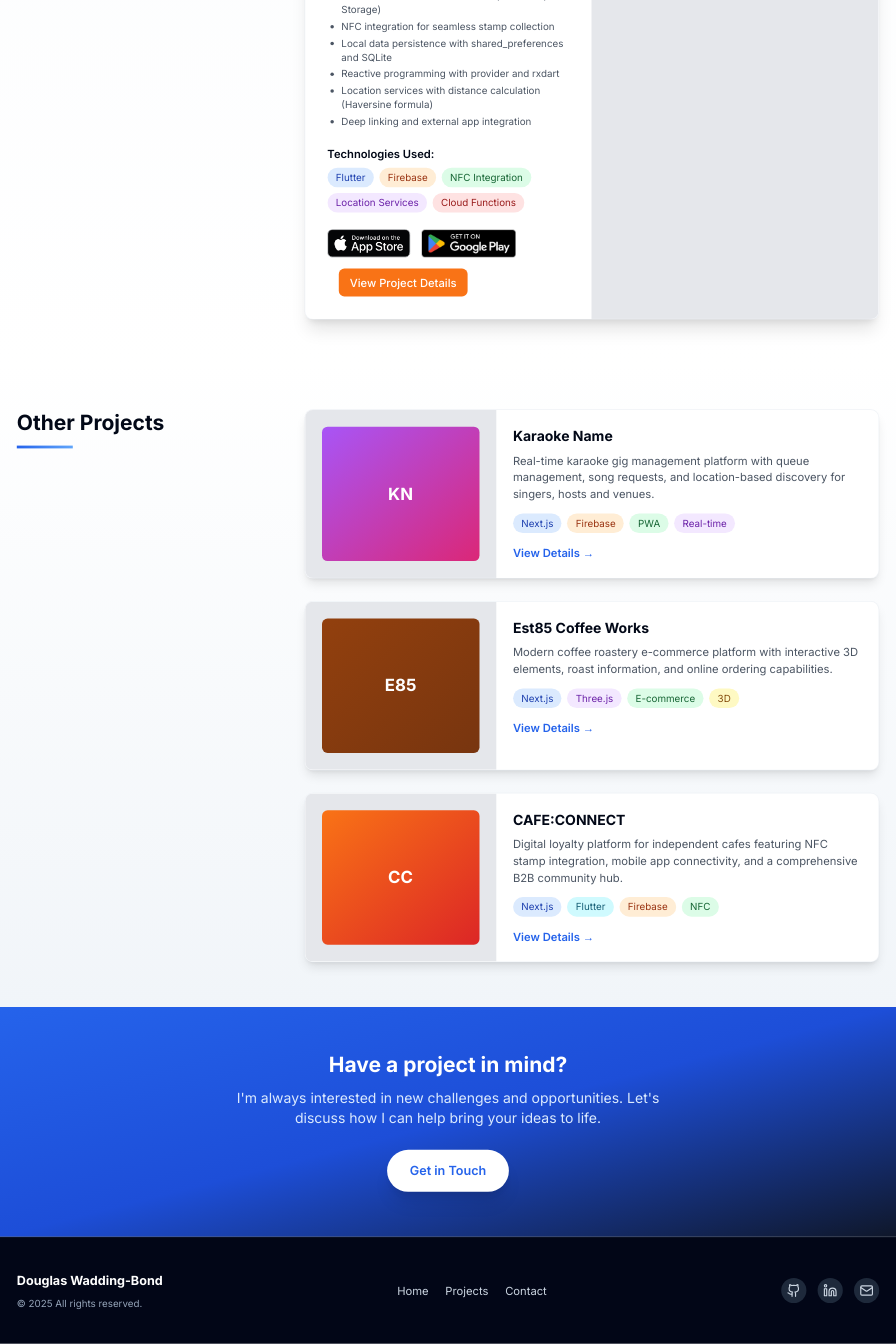
Repository: DaLexisX/WaddingBondWebsite
Page: /projects
These files come from the project's save history. The page is drawn as it stood at one moment and after a run of saves; the edit follows.
The browser window is 1280 px wide. The pictures show the part of the page from y = 1481 to 3401 px (the page is 3401 px tall before and 3377 px after), at 70% of full size.
The project was rebuilt for these pictures with package versions that can differ from the ones it lists, and the page was loaded fresh each time. The framework's server and built-in components were replaced by stand-ins that run in the browser. Also part of the build but not shown: next.config.ts.

Above is the page before, as saved 2025-11-30 23:45:10.

### src/app/layout.tsx
import type { Metadata } from "next";
import { Inter } from "next/font/google";
import "./globals.css";
import { Navbar } from "@/components/Navbar";
import { Footer } from "@/components/Footer";
import { Toaster } from "@/components/ui/toaster";

const inter = Inter({ subsets: ["latin"] });

export const metadata: Metadata = {
  title: "Douglas Wadding-Bond | Senior Flutter & Mobile Developer",
  description: "Personal website of Douglas Wadding-Bond, showcasing skills, projects, and professional experience in Flutter and mobile development.",
};

export default function RootLayout({
  children,
}: Readonly<{
  children: React.ReactNode;
}>) {
  return (
    <html lang="en" className="scroll-smooth">
      <body className={inter.className}>
        <Navbar />
        <main className="min-h-screen">
            {children}
        </main>
        <Footer />
        <Toaster />
      </body>
    </html>
  );
}

### src/app/projects/page.tsx
import React from 'react';

export default function Projects() {
  return (
    <div className="min-h-screen">
      {/* Projects Hero Section */}
      <section className="relative bg-gradient-to-br from-slate-900 via-blue-900 to-slate-900 text-white pt-32 pb-20 overflow-hidden">
        <div className="absolute inset-0 bg-[url('/grid.svg')] bg-center opacity-20 [mask-image:linear-gradient(180deg,white,rgba(255,255,255,0))]" />
        <div className="container mx-auto px-6 relative z-10">
          <h1 className="text-4xl md:text-5xl font-bold mb-6">My Projects</h1>
          <p className="text-xl max-w-3xl text-slate-200">
            A showcase of my development work, featuring mobile applications, web projects, and technical experiments.
          </p>
        </div>
      </section>

      {/* Featured Project - CAFE:CONNECT */}
      <section className="py-16 bg-gradient-to-b from-slate-50 to-white">
        <div className="container mx-auto px-6">
          <div className="flex flex-col md:flex-row">
            <div className="md:w-1/3 mb-8 md:mb-0">
              <h2 className="text-3xl font-bold mb-4">Featured Project</h2>
              <div className="w-20 h-1 bg-gradient-to-r from-blue-600 to-blue-400 mb-6"></div>
            </div>
            <div className="md:w-2/3">
              <div className="bg-white rounded-xl shadow-xl overflow-hidden border border-slate-200/50 hover:shadow-2xl transition-shadow duration-300">
                <div className="flex flex-col md:flex-row">
                  <div className="md:w-1/2">
                    <div className="p-8">
                      <div className="mb-4 flex justify-center">
                        <img
                          src="/images/projects/cafe-connect/cafe_connect_logo_black.png"
                          alt="CAFE:CONNECT"
                          className="h-16 w-auto dark:hidden"
                        />
                        <div className="hidden dark:block text-center">
                          <h3 className="text-2xl font-bold">CAFE:CONNECT</h3>
                        </div>
                      </div>
                      <p className="text-gray-600 mb-6">
                        A digital loyalty app connecting coffee lovers with independent cafés through a seamless rewards system.
                        The official digital loyalty app from the Independent Cafe Owners Network (ICON) helps local cafés compete with large chains by offering a unified loyalty platform.
                      </p>
                      <div className="mb-6">
                        <h4 className="font-semibold mb-2">Project Overview:</h4>
                        <p className="text-gray-600 mb-4">
                          CAFE:CONNECT is a comprehensive mobile application developed for ICON's flagship location, Iconic Coffee, and its network of independent cafés across the UK. This full-stack Flutter application enhances the café experience with paperless loyalty cards and detailed café discovery features.
                        </p>
                      </div>
                      <div className="mb-6">
                        <h4 className="font-semibold mb-2">Key Features:</h4>
                        <ul className="list-disc pl-5 space-y-1 text-gray-600">
                          <li><span className="font-medium">Digital Loyalty Program</span> - NFC-enabled stamp cards with real-time tracking and engaging animations</li>
                          <li><span className="font-medium">Location Discovery</span> - Find nearby cafés with comprehensive details (contact info, hours, social links)</li>
                          <li><span className="font-medium">User Account Management</span> - Secure authentication via email, Google Sign-In, and Sign in with Apple</li>
                          <li><span className="font-medium">Admin Features</span> - Tools for café owners to manage locations, franchises, and send notifications</li>
                          <li><span className="font-medium">Personalization</span> - Custom settings with light/dark themes and user preferences</li>
                          <li><span className="font-medium">Eco-friendly</span> - Eliminates paper punch cards, supporting sustainability efforts</li>
                        </ul>
                      </div>
                      <div className="mb-6">
                        <h4 className="font-semibold mb-2">Technical Highlights:</h4>
                        <ul className="list-disc pl-5 space-y-1 text-gray-600 text-sm">
                          <li>Cross-platform development with Flutter for iOS and Android</li>
                          <li>Firebase backend (Authentication, Firestore, Storage)</li>
                          <li>NFC integration for seamless stamp collection</li>
                          <li>Local data persistence with shared_preferences and SQLite</li>
                          <li>Reactive programming with provider and rxdart</li>
                          <li>Location services with distance calculation (Haversine formula)</li>
                          <li>Deep linking and external app integration</li>
                        </ul>
                      </div>
                      <div className="mb-6">
                        <h4 className="font-semibold mb-2">Technologies Used:</h4>
                        <div className="flex flex-wrap gap-2">
                          <span className="bg-blue-100 text-blue-800 px-3 py-1 rounded-full text-sm">Flutter</span>
                          <span className="bg-orange-100 text-orange-800 px-3 py-1 rounded-full text-sm">Firebase</span>
                          <span className="bg-green-100 text-green-800 px-3 py-1 rounded-full text-sm">NFC Integration</span>
                          <span className="bg-purple-100 text-purple-800 px-3 py-1 rounded-full text-sm">Location Services</span>
                          <span className="bg-red-100 text-red-800 px-3 py-1 rounded-full text-sm">Cloud Functions</span>
                        </div>
                      </div>
                      <div className="flex flex-wrap gap-4 items-center">
                        <a href="https://apps.apple.com/ph/app/cafe-connect/id6742357756" target="_blank" rel="noopener noreferrer" className="flex h-10">
                          <img
                            src="/images/projects/cafe-connect/badges/app-store-black.png"
                            alt="Download on the App Store"
                            className="h-10 w-auto dark:hidden"
                          />
                          <img
                            src="/images/projects/cafe-connect/badges/app-store-white.png"
                            alt="Download on the App Store"
                            className="h-10 w-auto hidden dark:block"
                          />
                        </a>
                        <a href="https://play.google.com/store/apps/details?id=com.independentcafeownersnetwork.iconrewards" target="_blank" rel="noopener noreferrer" className="flex h-10">
                          <img
                            src="/images/projects/cafe-connect/badges/google-play.png"
                            alt="Get it on Google Play"
                            className="h-10 w-auto"
                          />
                        </a>
                        <a href="/projects/cafe-connect" className="ml-4 inline-flex items-center px-4 py-2 bg-orange-500 text-white rounded-lg font-medium hover:bg-orange-600 transition duration-300">
                          View Project Details
                        </a>
                      </div>
                    </div>
                  </div>
                  <div className="md:w-1/2 bg-gray-200 flex items-center justify-center p-8">
                    <div className="grid grid-cols-2 gap-4">
                      <div className="bg-gray-300 rounded-lg h-48 flex items-center justify-center relative overflow-hidden shadow-md">
                        <span className="absolute inset-0 bg-cover bg-center dark:hidden" style={{ backgroundImage: "url('/images/projects/cafe-connect/screenshot1.webp')" }}></span>
                        <span className="absolute inset-0 bg-cover bg-center hidden dark:block" style={{ backgroundImage: "url('/images/projects/cafe-connect/screenshot_dark1.webp')" }}></span>
                      </div>
                      <div className="bg-gray-300 rounded-lg h-48 flex items-center justify-center relative overflow-hidden shadow-md">
                        <span className="absolute inset-0 bg-cover bg-center dark:hidden" style={{ backgroundImage: "url('/images/projects/cafe-connect/screenshot2.webp')" }}></span>
                        <span className="absolute inset-0 bg-cover bg-center hidden dark:block" style={{ backgroundImage: "url('/images/projects/cafe-connect/screenshot_dark2.webp')" }}></span>
                      </div>
                      <div className="bg-gray-300 rounded-lg h-48 flex items-center justify-center relative overflow-hidden shadow-md">
                        <span className="absolute inset-0 bg-cover bg-center dark:hidden" style={{ backgroundImage: "url('/images/projects/cafe-connect/screenshot3.webp')" }}></span>
                        <span className="absolute inset-0 bg-cover bg-center hidden dark:block" style={{ backgroundImage: "url('/images/projects/cafe-connect/screenshot_dark3.webp')" }}></span>
                      </div>
                      <div className="bg-gray-300 rounded-lg h-48 flex items-center justify-center relative overflow-hidden shadow-md">
                        <span className="absolute inset-0 bg-cover bg-center dark:hidden" style={{ backgroundImage: "url('/images/projects/cafe-connect/screenshot4.webp')" }}></span>
                        <span className="absolute inset-0 bg-cover bg-center hidden dark:block" style={{ backgroundImage: "url('/images/projects/cafe-connect/screenshot_dark4.webp')" }}></span>
                      </div>
                    </div>
                  </div>
                </div>
              </div>
            </div>
          </div>
        </div>
      </section>

      {/* Other Projects */}
      <section className="py-16 bg-gradient-to-b from-white via-slate-50 to-slate-100">
        <div className="container mx-auto px-6">
          <div className="flex flex-col md:flex-row">
            <div className="md:w-1/3 mb-8 md:mb-0">
              <h2 className="text-3xl font-bold mb-4">Other Projects</h2>
              <div className="w-20 h-1 bg-gradient-to-r from-blue-600 to-blue-400 mb-6"></div>
            </div>
            <div className="md:w-2/3">
              <div className="grid grid-cols-1 gap-8">
                {/* Karaoke Name Project */}
                <div className="bg-white rounded-xl shadow-lg overflow-hidden border border-slate-200/50 hover:shadow-xl hover:-translate-y-1 transition-all duration-300">
                  <div className="flex flex-col md:flex-row">
                    <div className="md:w-1/3 bg-gray-200 flex items-center justify-center p-6">
                      <div className="bg-gradient-to-br from-purple-500 to-pink-600 rounded-lg w-full h-48 flex items-center justify-center text-white text-2xl font-bold">
                        KN
                      </div>
                    </div>
                    <div className="md:w-2/3 p-6">
                      <h3 className="text-xl font-bold mb-2">Karaoke Name</h3>
                      <p className="text-gray-600 mb-4">
                        Real-time karaoke gig management platform with queue management, song requests, and location-based discovery for singers, hosts and venues.
                      </p>
                      <div className="flex flex-wrap gap-2 mb-4">
                        <span className="bg-blue-100 text-blue-800 px-3 py-1 rounded-full text-sm">Next.js</span>
                        <span className="bg-orange-100 text-orange-800 px-3 py-1 rounded-full text-sm">Firebase</span>
                        <span className="bg-green-100 text-green-800 px-3 py-1 rounded-full text-sm">PWA</span>
                        <span className="bg-purple-100 text-purple-800 px-3 py-1 rounded-full text-sm">Real-time</span>
                      </div>
                      <div className="flex space-x-4">
                        <a href="/projects/karaoke-name" className="text-blue-600 font-semibold">View Details →</a>
                      </div>
                    </div>
                  </div>
                </div>

                {/* Est85 Coffee Works Project */}
                <div className="bg-white rounded-xl shadow-lg overflow-hidden border border-slate-200/50 hover:shadow-xl hover:-translate-y-1 transition-all duration-300">
                  <div className="flex flex-col md:flex-row">
                    <div className="md:w-1/3 bg-gray-200 flex items-center justify-center p-6">
                      <div className="bg-gradient-to-br from-amber-800 to-amber-900 rounded-lg w-full h-48 flex items-center justify-center text-white text-2xl font-bold">
                        E85
                      </div>
                    </div>
                    <div className="md:w-2/3 p-6">
                      <h3 className="text-xl font-bold mb-2">Est85 Coffee Works</h3>
                      <p className="text-gray-600 mb-4">
                        Modern coffee roastery e-commerce platform with interactive 3D elements, roast information, and online ordering capabilities.
                      </p>
                      <div className="flex flex-wrap gap-2 mb-4">
                        <span className="bg-blue-100 text-blue-800 px-3 py-1 rounded-full text-sm">Next.js</span>
                        <span className="bg-purple-100 text-purple-800 px-3 py-1 rounded-full text-sm">Three.js</span>
                        <span className="bg-green-100 text-green-800 px-3 py-1 rounded-full text-sm">E-commerce</span>
                        <span className="bg-yellow-100 text-yellow-800 px-3 py-1 rounded-full text-sm">3D</span>
                      </div>
                      <div className="flex space-x-4">
                        <a href="/projects/est85" className="text-blue-600 font-semibold">View Details →</a>
                      </div>
                    </div>
                  </div>
                </div>

                {/* CAFE:CONNECT Project */}
                <div className="bg-white rounded-xl shadow-lg overflow-hidden border border-slate-200/50 hover:shadow-xl hover:-translate-y-1 transition-all duration-300">
                  <div className="flex flex-col md:flex-row">
                    <div className="md:w-1/3 bg-gray-200 flex items-center justify-center p-6">
                      <div className="bg-gradient-to-br from-orange-500 to-red-600 rounded-lg w-full h-48 flex items-center justify-center text-white text-2xl font-bold">
                        CC
                      </div>
                    </div>
                    <div className="md:w-2/3 p-6">
                      <h3 className="text-xl font-bold mb-2">CAFE:CONNECT</h3>
                      <p className="text-gray-600 mb-4">
                        Digital loyalty platform for independent cafes featuring NFC stamp integration, mobile app connectivity, and a comprehensive B2B community hub.
                      </p>
                      <div className="flex flex-wrap gap-2 mb-4">
                        <span className="bg-blue-100 text-blue-800 px-3 py-1 rounded-full text-sm">Next.js</span>
                        <span className="bg-cyan-100 text-cyan-800 px-3 py-1 rounded-full text-sm">Flutter</span>
                        <span className="bg-orange-100 text-orange-800 px-3 py-1 rounded-full text-sm">Firebase</span>
                        <span className="bg-green-100 text-green-800 px-3 py-1 rounded-full text-sm">NFC</span>
                      </div>
                      <div className="flex space-x-4">
                        <a href="/projects/cafe-connect" className="text-blue-600 font-semibold">View Details →</a>
                      </div>
                    </div>
                  </div>
                </div>
              </div>
            </div>
          </div>
        </div>
      </section>

      {/* Contact CTA Section */}
      <section className="py-16 relative bg-gradient-to-br from-blue-600 via-blue-700 to-slate-900 text-white overflow-hidden">
        <div className="absolute inset-0 bg-[url('/grid.svg')] bg-center opacity-10 [mask-image:linear-gradient(180deg,white,rgba(255,255,255,0))]" />
        <div className="container mx-auto px-6 text-center relative z-10">
          <h2 className="text-3xl font-bold mb-4">Have a project in mind?</h2>
          <p className="text-xl mb-8 max-w-2xl mx-auto text-blue-100">I'm always interested in new challenges and opportunities. Let's discuss how I can help bring your ideas to life.</p>
          <a href="/contact" className="bg-white text-blue-600 px-8 py-4 rounded-full font-semibold text-lg hover:bg-blue-50 shadow-xl hover:shadow-2xl transition-all duration-300 inline-block">Get in Touch</a>
        </div>
      </section>
    </div>
  );
}

### src/components/ui/toaster.tsx
"use client"

import { useToast } from "@/hooks/use-toast"
import {
  Toast,
  ToastClose,
  ToastDescription,
  ToastProvider,
  ToastTitle,
  ToastViewport,
} from "@/components/ui/toast"

export function Toaster() {
  const { toasts } = useToast()

  return (
    <ToastProvider>
      {toasts.map(function ({ id, title, description, action, ...props }) {
        return (
          <Toast key={id} {...props}>
            <div className="grid gap-1">
              {title && <ToastTitle>{title}</ToastTitle>}
              {description && (
                <ToastDescription>{description}</ToastDescription>
              )}
            </div>
            {action}
            <ToastClose />
          </Toast>
        )
      })}
      <ToastViewport />
    </ToastProvider>
  )
}

Loaded but not shown: src/app/globals.css (common file); src/lib/utils.ts (common file); src/hooks/use-toast.ts (common file); tailwind.config.ts (common file); src/components/ui/toast.tsx (129 lines, source omitted); src/components/ui/sheet.tsx (140 lines, source omitted); src/components/Navbar.tsx (121 lines, source omitted); src/components/Footer.tsx (50 lines, source omitted); src/components/ui/button.tsx (57 lines, source omitted)

After the next 3 saves:
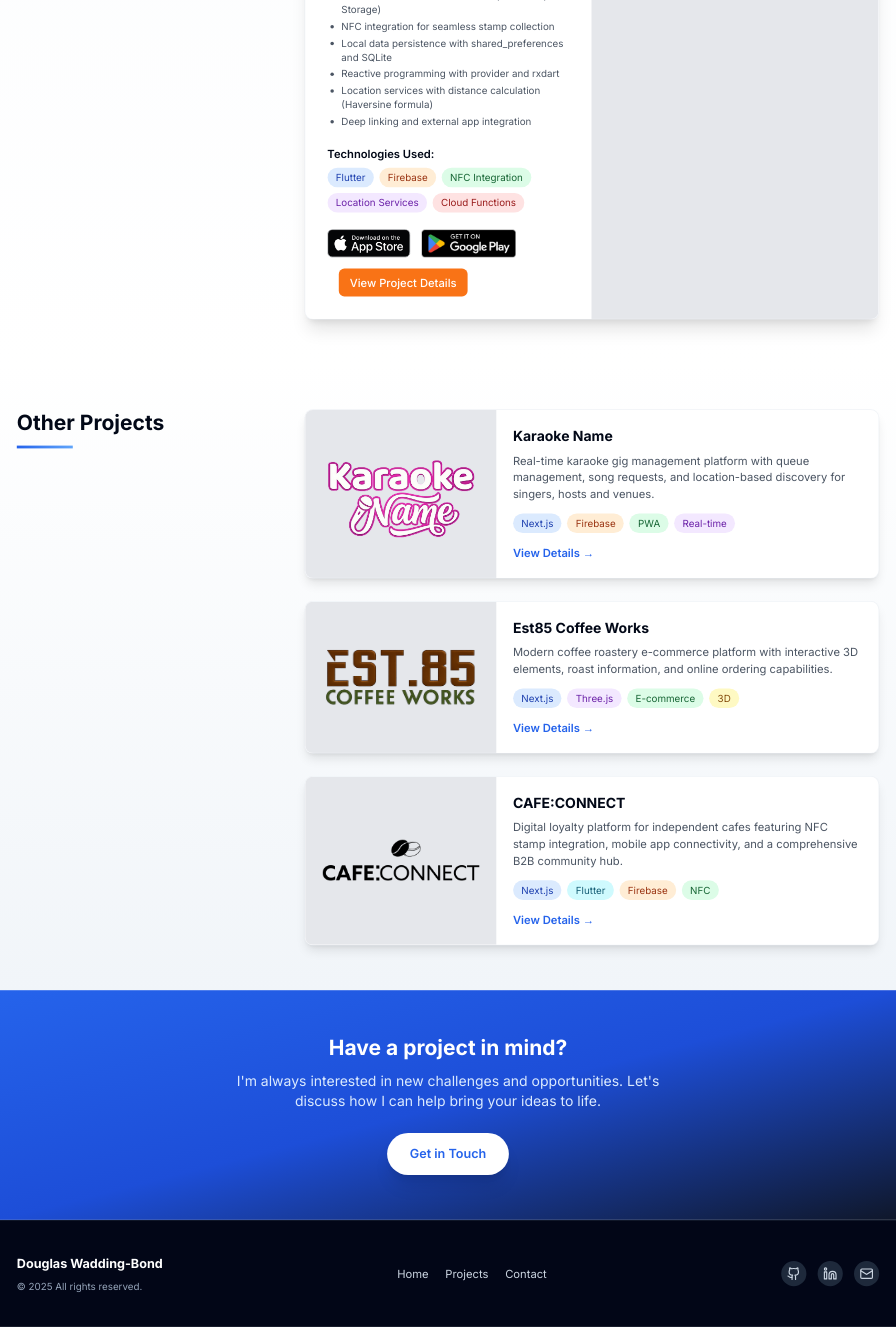
The 3 saves are shown as one change because they came seconds apart.
The last was saved 2 min 3 s later.
--- a/src/app/projects/page.tsx
+++ b/src/app/projects/page.tsx
@@ -147,9 +147,11 @@
                 <div className="bg-white rounded-xl shadow-lg overflow-hidden border border-slate-200/50 hover:shadow-xl hover:-translate-y-1 transition-all duration-300">
                   <div className="flex flex-col md:flex-row">
                     <div className="md:w-1/3 bg-gray-200 flex items-center justify-center p-6">
-                      <div className="bg-gradient-to-br from-purple-500 to-pink-600 rounded-lg w-full h-48 flex items-center justify-center text-white text-2xl font-bold">
-                        KN
-                      </div>
+                      <img
+                        src="/images/karaoke_name_logo_300w.png"
+                        alt="Karaoke Name Logo"
+                        className="w-full h-auto max-h-48 object-contain"
+                      />
                     </div>
                     <div className="md:w-2/3 p-6">
                       <h3 className="text-xl font-bold mb-2">Karaoke Name</h3>
@@ -173,9 +175,11 @@
                 <div className="bg-white rounded-xl shadow-lg overflow-hidden border border-slate-200/50 hover:shadow-xl hover:-translate-y-1 transition-all duration-300">
                   <div className="flex flex-col md:flex-row">
                     <div className="md:w-1/3 bg-gray-200 flex items-center justify-center p-6">
-                      <div className="bg-gradient-to-br from-amber-800 to-amber-900 rounded-lg w-full h-48 flex items-center justify-center text-white text-2xl font-bold">
-                        E85
-                      </div>
+                      <img
+                        src="/images/est85_coffee_works_transparent_cropped_380w.png"
+                        alt="Est85 Coffee Works Logo"
+                        className="w-full h-auto max-h-48 object-contain"
+                      />
                     </div>
                     <div className="md:w-2/3 p-6">
                       <h3 className="text-xl font-bold mb-2">Est85 Coffee Works</h3>
@@ -199,9 +203,11 @@
                 <div className="bg-white rounded-xl shadow-lg overflow-hidden border border-slate-200/50 hover:shadow-xl hover:-translate-y-1 transition-all duration-300">
                   <div className="flex flex-col md:flex-row">
                     <div className="md:w-1/3 bg-gray-200 flex items-center justify-center p-6">
-                      <div className="bg-gradient-to-br from-orange-500 to-red-600 rounded-lg w-full h-48 flex items-center justify-center text-white text-2xl font-bold">
-                        CC
-                      </div>
+                      <img
+                        src="/images/projects/cafe-connect/cafe_connect_logo_black.png"
+                        alt="CAFE:CONNECT Logo"
+                        className="w-full h-auto max-h-48 object-contain dark:invert"
+                      />
                     </div>
                     <div className="md:w-2/3 p-6">
                       <h3 className="text-xl font-bold mb-2">CAFE:CONNECT</h3>
